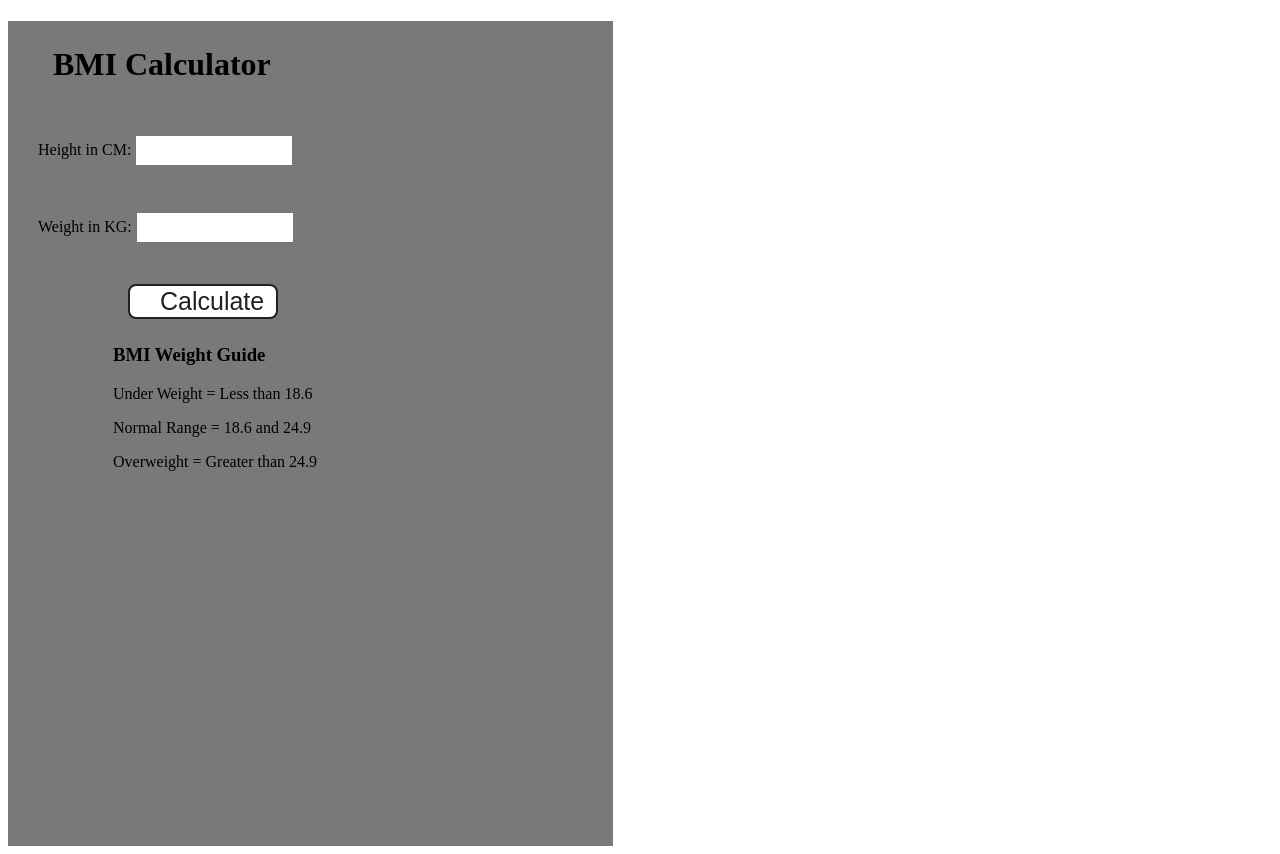
Repository: VishwaGoswami1407/JavaScript-Practice
Page: 07_projects/project2.html
These files come from the project's save history. The page is drawn as it stood at one moment and after the next save; the edit follows.
The browser window is 1280 px wide. The pictures show the whole page.

Above is the page before, as saved 2024-07-07 18:43:58.

### 07_projects/project2.html
<!DOCTYPE html>
<html lang="en">
  <head>
    <meta charset="UTF-8" />
    <meta name="viewport" content="width=device-width, initial-scale=1.0" />
    <meta http-equiv="X-UA-Compatible" content="ie=edge" />
    <link rel="stylesheet" href="style2.css" />

    <title>BMI Calculator</title>
  </head>
  <body>
    <div class="container">
      <h1>BMI Calculator</h1>
      <form>
        <p><label>Height in CM: </label><input type="text" id="height" /></p>
        <p><label>Weight in KG: </label><input type="text" id="weight" /></p>
        <button>Calculate</button>
        <div id="results"></div>
        <div id="weight-guide">
          <h3>BMI Weight Guide</h3>
          <p>Under Weight = Less than 18.6</p>
          <p>Normal Range = 18.6 and 24.9</p>
          <p>Overweight = Greater than 24.9</p>
        </div>
      </form>
    </div>
  </body>
  <script src="project2.js"></script>
</html>

### 07_projects/style2.css
.container {
    width: 575px;
    height: 825px;

    background-color: #797978;
    padding-left: 30px;
  }
  #height,
  #weight {
    width: 150px;
    height: 25px;
    margin-top: 30px;
  }

  #weight-guide {
    margin-left: 75px;
    margin-top: 25px;
  }

  #results {
    font-size: 35px;
    margin-left: 90px;
    margin-top: 20px;
    color: rgb(241, 241, 241);
  }

  button {
    width: 150px;
    height: 35px;
    margin-left: 90px;
    margin-top: 25px;
    background-color: #fff;
    padding: 1px 30px;
    border-radius: 8px;
    color: #212121;
    text-decoration: none;
    border: 2px solid #212121;

    font-size: 25px;
  }

  h1 {
    padding-left: 15px;
    padding-top: 25px;

  }

### 07_projects/project2.js
const form = document.querySelector('form')

//this usecase will give empty values in form elements
// const height = parseInt(document.querySelector('#height').value)
form.addEventListener('submit', function(e){
    e.preventDefault()
  const height = parseInt(document.querySelector('#height').value)
  const weight = parseInt(document.querySelector('#weight').value)
  const results = document.querySelector('#results')

  if(height === '' || height < 0 || isNaN(height)){
    results.innerHTML = `please give a valid height ${height}`
  }else if(weight === '' || weight < 0 || isNaN(weight)){
    results.innerHTML = `please give a valid weight ${weight}`
  }else {
    const bmi = (weight / ((height*height)/1000)).toFixed(2)
    //show the result
    results.innerHTML = `<span>${bmi}</span>`
  }



});

After the next save:
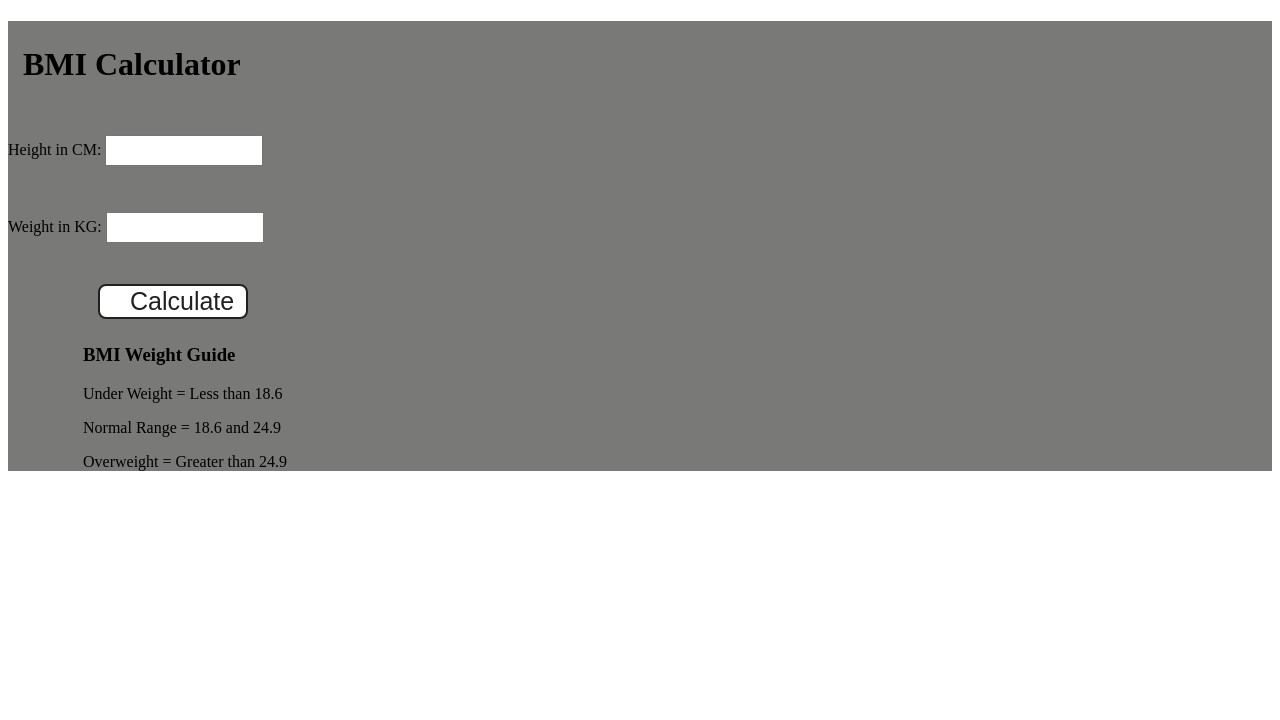
Saved 3 min 35 s later.
--- a/07_projects/style2.css
+++ b/07_projects/style2.css
@@ -1,9 +1,8 @@
 .container {
-    width: 575px;
-    height: 825px;
+
 
     background-color: #797978;
-    padding-left: 30px;
+
   }
   #height,
   #weight {
